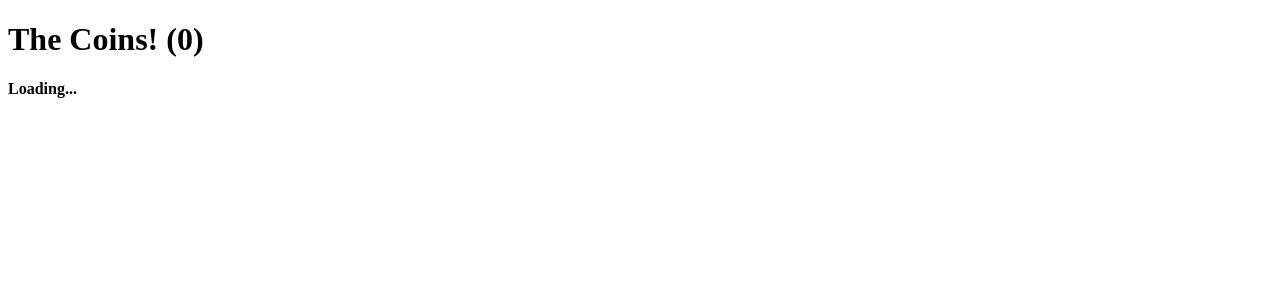
Repository: Leeminsu67/simple-coin-tracker
Page: /
An editor plug-in stored every save of this project. The page is shown before and after a run of saves, followed by the edit.
The browser window is 1280 px wide. The pictures show the whole page.
The page's requests for data from a server got no answer. The project was rebuilt for these pictures with package versions that can differ from the ones it lists, and the page was loaded fresh each time. No one was signed in, and anything a server would have sent is missing.

Above is the page before, as saved 2024-08-03 21:27:15.

After the next 2 saves:
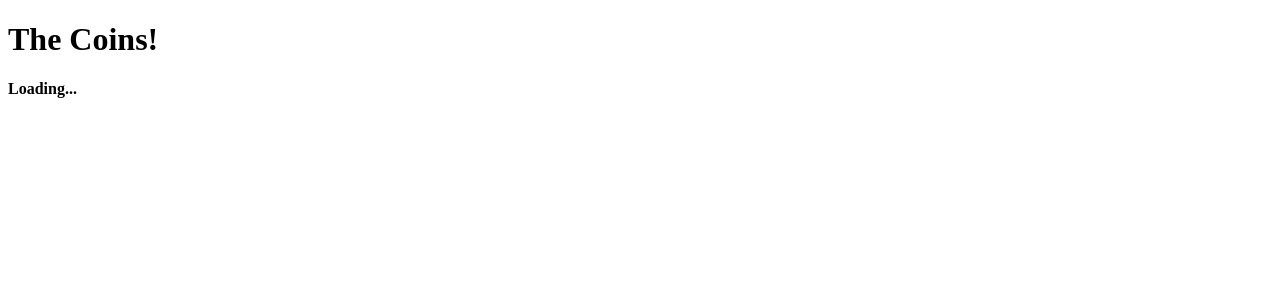
The 2 saves are shown as one change because 1 did not build or start.
The last was saved 62 s later.
--- a/src/App.js
+++ b/src/App.js
@@ -14,7 +14,7 @@ function App() {
   }, []);
   return (
     <div>
-      <h1>The Coins! ({coins.length})</h1>
+      <h1>The Coins! {loading ? "" : `(${coins.length})`}</h1>
       {loading ? (
         <strong>Loading...</strong>
       ) : (
